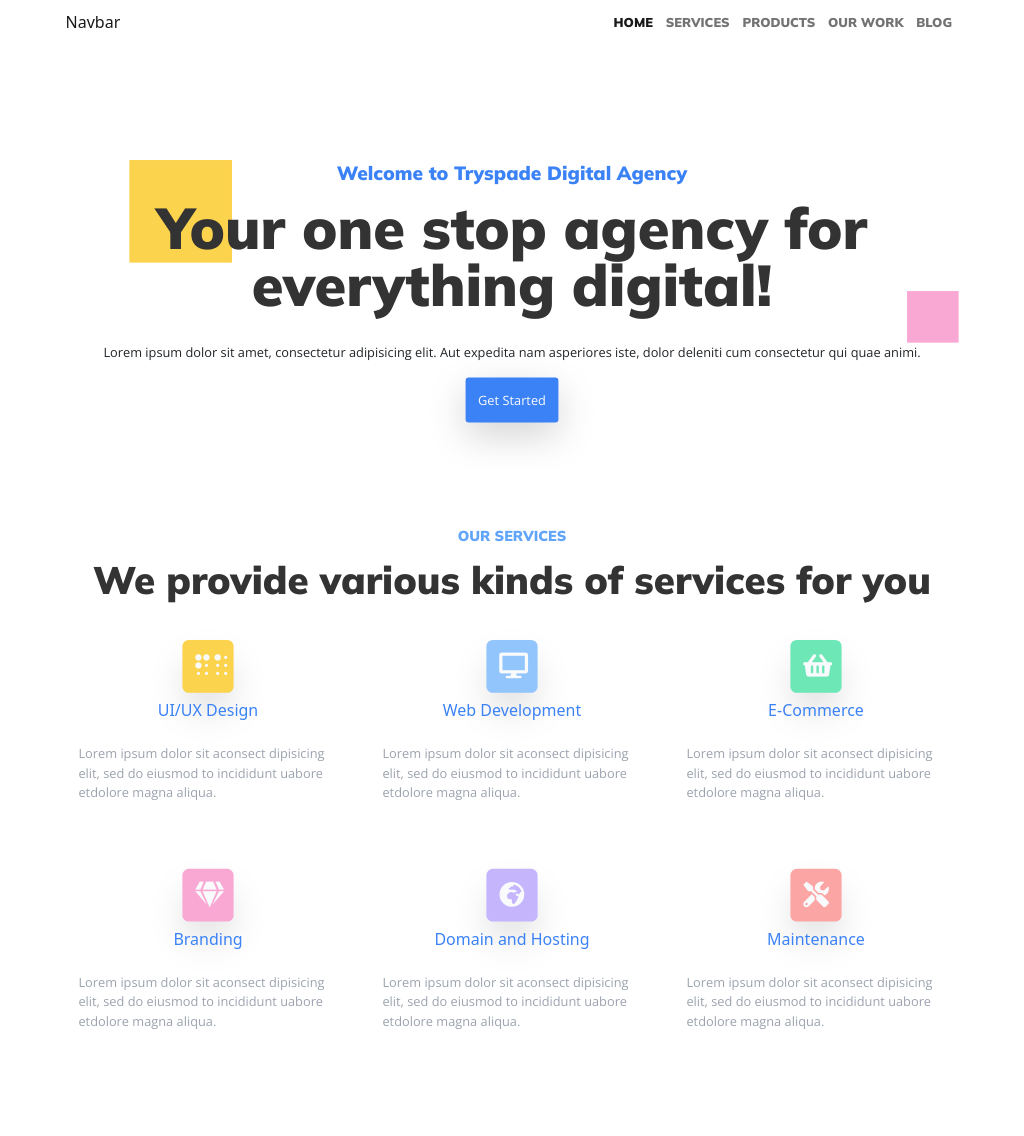
Repository: latenightsnacc/super-octo-fortnight
Page: index.html
These files come from the project's save history. The page is drawn as it stood at one moment and after the next save; the edit follows.
The browser window is 1280 px wide. The pictures show the whole page, at 80% of full size.
Some web libraries are served in a nearby version. The style sheet was rebuilt from its Sass, Less or Tailwind sources for each picture, by a compiler version that may differ from the author's.

Above is the page before, as saved 2021-01-29 13:56:24.

### index.html
<!DOCTYPE html>
<html lang="en">
<head>
    <meta charset="UTF-8">
    <meta name="viewport" content="width=device-width, initial-scale=1.0">
    <!--Tailwind 2.0.2-->
    <link href="https://cdnjs.cloudflare.com/ajax/libs/tailwindcss/2.0.2/tailwind.min.css" rel="stylesheet">
    <!--Font Awesome 5.15.1-->
    <link rel="stylesheet" href="https://cdnjs.cloudflare.com/ajax/libs/font-awesome/5.15.1/css/all.min.css" integrity="sha512-+4zCK9k+qNFUR5X+cKL9EIR+ZOhtIloNl9GIKS57V1MyNsYpYcUrUeQc9vNfzsWfV28IaLL3i96P9sdNyeRssA==" crossorigin="anonymous" />
    <!-- Bootstrap 5.0.0 Beta-->
    <link href="https://cdn.jsdelivr.net/npm/bootstrap@5.0.0-beta1/dist/css/bootstrap.min.css" rel="stylesheet" integrity="sha384-giJF6kkoqNQ00vy+HMDP7azOuL0xtbfIcaT9wjKHr8RbDVddVHyTfAAsrekwKmP1" crossorigin="anonymous" />
    <!-- UIkit CSS -->
    <link rel="stylesheet" href="https://cdn.jsdelivr.net/npm/uikit@3.6.9/dist/css/uikit.min.css" />
    <link rel="apple-touch-icon" sizes="180x180" href="/apple-touch-icon.png">
    <link rel="icon" type="image/png" sizes="32x32" href="/favicon-32x32.png">
    <link rel="icon" type="image/png" sizes="16x16" href="/favicon-16x16.png">
    <link rel="manifest" href="/site.webmanifest">
    <!--Custom Stylesheet-->
    <link rel="stylesheet" href="stylesheet/stylesheet.css">
    <title>TrySpade - Digital Agency</title>
</head>
<body class="overflow-x-hidden min-h-screen" >
    <main class="w-full mx-auto">
        <header>
            <nav class="navbar navbar-expand-lg navbar-light bg-transparent fixed-top">
                <div class="container">
                  <a class="navbar-brand" href="#">Navbar</a>
                  <button class="navbar-toggler" type="button" data-bs-toggle="collapse" data-bs-target="#navbarSupportedContent" aria-controls="navbarSupportedContent" aria-expanded="false" aria-label="Toggle navigation">
                    <span class="navbar-toggler-icon"></span>
                  </button>
                  <div class="collapse navbar-collapse" id="navbarSupportedContent">
                    <ul class="navbar-nav ml-auto mb-2 mb-lg-0">
                        <li class="nav-item">
                            <a class="nav-link active text-base uppercase" aria-current="page" href="#">Home</a>
                        </li>
                        <li class="nav-item">
                            <a class="nav-link text-base uppercase" href="#">services</a>
                        </li>
                        <li class="nav-item">
                            <a class="nav-link text-base uppercase" href="#">products</a>
                        </li>
                        <li class="nav-item">
                            <a class="nav-link text-base uppercase" href="#">our work</a>
                        </li>
                        <li class="nav-item">
                            <a class="nav-link text-base uppercase" href="#">blog</a>
                        </li>

                    </ul>
                  </div>
                </div>
            </nav>
        </header>
        <!--Banner-->
        <section id="banner" class="w-full h-80 my-24 py-10 md:my-40">
            <div class="container">
                <div class="relative flex flex-col items-center h-auto">
                    <div class="z-10 text-blue-500 text-2xl text-center title">Welcome to Tryspade Digital Agency</div>
                    <h1 class="z-10 text-center my-3 leading-10 text-4xl md:text-7xl">Your one stop agency for everything digital!</h1>
                    <p class="z-10 text-center">Lorem ipsum dolor sit amet, consectetur adipisicing elit. Aut expedita nam asperiores iste, dolor deleniti cum consectetur qui quae animi.</p>
                    <!--BOXES-->
                    <div class=" absolute top-0 left-20">
                        <div class="z-0 border-2 border-yellow-300 bg-yellow-300 w-32 h-32"></div>
                    </div>

                    <div class="absolute top-50 right-0">
                        <div class="z-0 border-2 border-pink-300 bg-pink-300 w-16 h-16"></div>
                    </div>
                    <div class="flex justify-center">
                        <button class="bg-blue-500 p-3 font-lg text-gray-50 shadow-lg rounded focus:outline-none hover:bg-blue-700">Get Started</button>
                    </div>
                </div>
            </div>
        </section>
        <!--SERVICES-->
        <section id="services" class="my-20">
            <div class="container">
                <div class="section-title text-center py-3">
                    <p class="text-blue-400 text-sm uppercase text-lg uppercase mb-3 title">our services</p>
                    <h2 class=" my-1 font-bold text-4xl md:text-5xl">We provide various kinds of services for you</h2>
                </div>
                <div class="row flex justify-center" uk-scrollspy="cls: uk-animation-fade; target: .icon; delay: 500; repeat: true">
                    <div class="col-xs-12 col-sm-12 col-md-4 col-lg-4 col-xl-4">
                        <a class="no-underline hover:no-underline" href="ui-ux.html">
                            <div class="group max-w-sm mx-auto  rounded-xl p-3 m-3  hover:shadow-2xl" >
                                <div class="text-center text-gray-50 flex justify-center">
                                    <div class="shadow-2xl  rounded-lg  w-16 icon p-3 bg-yellow-300 group-hover:shadow-none" uk-scrollspy="cls: uk-animation-fade; repeat: true">
                                        <i class="fas fa-braille fa-2x"></i>
                                    </div>
                                </div>
                                <div class="text-center text-xl bold  py-2 text-blue-500 ">UI/UX Design</div>

                                <p class="text-md text-gray-400 ">Lorem ipsum dolor sit aconsect dipisicing elit, sed do eiusmod to incididunt uabore etdolore magna aliqua.</p>
                            </div>
                        </a>
                    </div>
                    <div class="col-xs-12 col-sm-12 col-md-4 col-lg-4 col-xl-4">
                        <a class="no-underline hover:no-underline" href="web-development.html">
                            <div class="group max-w-sm mx-auto  rounded-xl p-3 m-3  hover:shadow-2xl">
                                <div class="text-center text-gray-50 flex justify-center">
                                    <div class="shadow-2xl rounded-lg  w-16 icon p-3 bg-blue-300 group-hover:shadow-none">
                                        <i class="fas fa-desktop fa-2x"></i>
                                    </div>
                                </div>
                                <div class="text-center text-xl bold  py-2 text-blue-500 ">Web Development</div>

                                <p class="text-md text-gray-400 ">Lorem ipsum dolor sit aconsect dipisicing elit, sed do eiusmod to incididunt uabore etdolore magna aliqua.</p>
                            </div>
                        </a>
                    </div>
                    <div class="col-xs-12 col-sm-12 col-md-4 col-lg-4 col-xl-4">
                        <a class="no-underline hover:no-underline" href="e-commerce.html">
                            <div class="group max-w-sm mx-auto  rounded-xl p-3 m-3  hover:shadow-2xl">
                                <div class="text-center text-gray-50 flex justify-center">
                                    <div class="shadow-2xl rounded-lg  w-16 icon p-3 bg-green-300 group-hover:shadow-none">
                                        <i class="fas fa-shopping-basket fa-2x"></i>
                                    </div>
                                </div>
                                <div class="text-center text-xl bold  py-2 text-blue-500 ">E-Commerce</div>

                                <p class="text-md text-gray-400 ">Lorem ipsum dolor sit aconsect dipisicing elit, sed do eiusmod to incididunt uabore etdolore magna aliqua.</p>
                            </div>
                        </a>
                    </div>
                    <div class="col-xs-12 col-sm-12 col-md-4 col-lg-4 col-xl-4">
                        <a class="no-underline hover:no-underline" href="branding.html">
                            <div class="group max-w-sm mx-auto  rounded-xl p-3 m-3  hover:shadow-2xl">
                                <div class="text-center text-gray-50 flex justify-center">
                                    <div class="shadow-2xl rounded-lg  w-16 icon p-3 bg-pink-300 group-hover:shadow-none">
                                        <i class="fas fa-gem fa-2x"></i>
                                    </div>
                                </div>
                                <div class="text-center text-xl bold  py-2 text-blue-500 ">Branding</div>

                                <p class="text-md text-gray-400 ">Lorem ipsum dolor sit aconsect dipisicing elit, sed do eiusmod to incididunt uabore etdolore magna aliqua.</p>
                            </div>
                        </a>
                    </div>
                    <div class="col-xs-12 col-sm-12 col-md-4 col-lg-4 col-xl-4">
                        <a class="no-underline hover:no-underline" href="domain-hosting.html">
                            <div class="group max-w-sm mx-auto  rounded-xl p-3 m-3  hover:shadow-2xl">
                                <div class="text-center text-gray-50 flex justify-center">
                                    <div class="shadow-2xl rounded-lg  w-16 icon p-3 bg-purple-300 group-hover:shadow-none">
                                        <i class="fas fa-globe-africa fa-2x"></i>
                                    </div>
                                </div>
                                <div class="text-center text-xl bold  py-2 text-blue-500 ">Domain and Hosting</div>

                                <p class="text-md text-gray-400 ">Lorem ipsum dolor sit aconsect dipisicing elit, sed do eiusmod to incididunt uabore etdolore magna aliqua.</p>
                            </div>
                        </a>
                    </div>
                    <div class="col-xs-12 col-sm-12 col-md-4 col-lg-4 col-xl-4">
                        <a class="no-underline hover:no-underline" href="maintenance.html">
                            <div class="group max-w-sm mx-auto  rounded-xl p-3 m-3  hover:shadow-2xl">
                                <div class="text-center text-gray-50 flex justify-center">
                                    <div class="shadow-2xl rounded-lg  w-16 icon p-3 bg-red-300 group-hover:shadow-none">
                                        <i class="fas fa-tools fa-2x"></i>
                                    </div>
                                </div>
                                <div class="text-center text-xl bold  py-2 text-blue-500 ">Maintenance</div>

                                <p class="text-md text-gray-400 ">Lorem ipsum dolor sit aconsect dipisicing elit, sed do eiusmod to incididunt uabore etdolore magna aliqua.</p>
                            </div>
                        </a>
                    </div>
                </div>
            </div>
        </section>
        <!-- <svg xmlns="http://www.w3.org/2000/svg" viewBox="0 0 1440 320"><path fill="#0099ff" fill-opacity="1" d="M0,320L48,282.7C96,245,192,171,288,122.7C384,75,480,53,576,69.3C672,85,768,139,864,170.7C960,203,1056,213,1152,208C1248,203,1344,181,1392,170.7L1440,160L1440,0L1392,0C1344,0,1248,0,1152,0C1056,0,960,0,864,0C768,0,672,0,576,0C480,0,384,0,288,0C192,0,96,0,48,0L0,0Z"></path></svg> -->
        <!-- <svg xmlns="http://www.w3.org/2000/svg" viewBox="0 0 1440 320"><path fill="#0099ff" fill-opacity="1" d="M0,64L48,96C96,128,192,192,288,213.3C384,235,480,213,576,170.7C672,128,768,64,864,42.7C960,21,1056,43,1152,64C1248,85,1344,107,1392,117.3L1440,128L1440,0L1392,0C1344,0,1248,0,1152,0C1056,0,960,0,864,0C768,0,672,0,576,0C480,0,384,0,288,0C192,0,96,0,48,0L0,0Z"></path></svg> -->
    </main>
    <!-- UIkit JS -->
    <script src="https://cdn.jsdelivr.net/npm/uikit@3.6.9/dist/js/uikit.min.js"></script>
    <script src="https://cdn.jsdelivr.net/npm/uikit@3.6.9/dist/js/uikit-icons.min.js"></script>
    <script src="https://cdn.jsdelivr.net/npm/bootstrap@5.0.0-beta1/dist/js/bootstrap.bundle.min.js" integrity="sha384-ygbV9kiqUc6oa4msXn9868pTtWMgiQaeYH7/t7LECLbyPA2x65Kgf80OJFdroafW" crossorigin="anonymous"></script>
    <!-- Start of HubSpot Embed Code -->
  <script type="text/javascript" id="hs-script-loader" async defer src="//js.hs-scripts.com/9284931.js"></script>
  <!-- End of HubSpot Embed Code -->
</body>
</html>

### Stylesheet/stylesheet.scss
@import 'variables';
@import 'bg';

h1, h2, h3, h4, h5, h6, .nav-link, button, .title {
    font-family: $fontBold;
}
p, button {
    font-family: $fontRegular;
}

### Stylesheet/_variables.scss
@import url('https://fonts.googleapis.com/css2?family=Mulish:wght@900&family=Open+Sans&display=swap');

$fontBold: 'Mulish', sans-serif;
$fontRegular:'Open Sans', sans-serif;
$white: white;

### Stylesheet/bg.scss
.background {
    background-color: white;
    position: relative;
    min-height: 100vh;
    min-width:100vw;
    overflow-x: hidden;

  .wrapper{
    z-index: 1;
  }


  .cube {
    position: absolute;
    top: 80vh;
    left: 45vw;
    width: 10px;
    height: 10px;
    border: solid 1px darken(lightgrey, 10%);
    transform-origin: top left;
    transform: scale(0) rotate(0deg) translate(-50%, -50%);
    animation: cube 12s ease-in forwards infinite;

    &:nth-child(2n) {
      border-color: lighten(lightgrey, 10%);
    }

    &:nth-child(2) {
      animation-delay: 2s;
      left: 25vw;
      top: 40vh;
    }

    &:nth-child(3) {
      animation-delay: 4s;
      left: 75vw;
      top: 50vh;
    }

    &:nth-child(4) {
      animation-delay: 6s;
      left: 90vw;
      top: 10vh;
    }

    &:nth-child(5) {
      animation-delay: 8s;
      left: 10vw;
      top: 85vh;
    }

    &:nth-child(6) {
      animation-delay: 10s;
      left: 50vw;
      top: 10vh;
    }


}

@keyframes cube {
        from {
        transform: scale(0) rotate(0deg) translate(-50%, -50%);
        opacity: 1;
        }
        to {
        transform: scale(20) rotate(960deg) translate(-50%, -50%);
        opacity: 0;
        }
    }
}

After the next save:
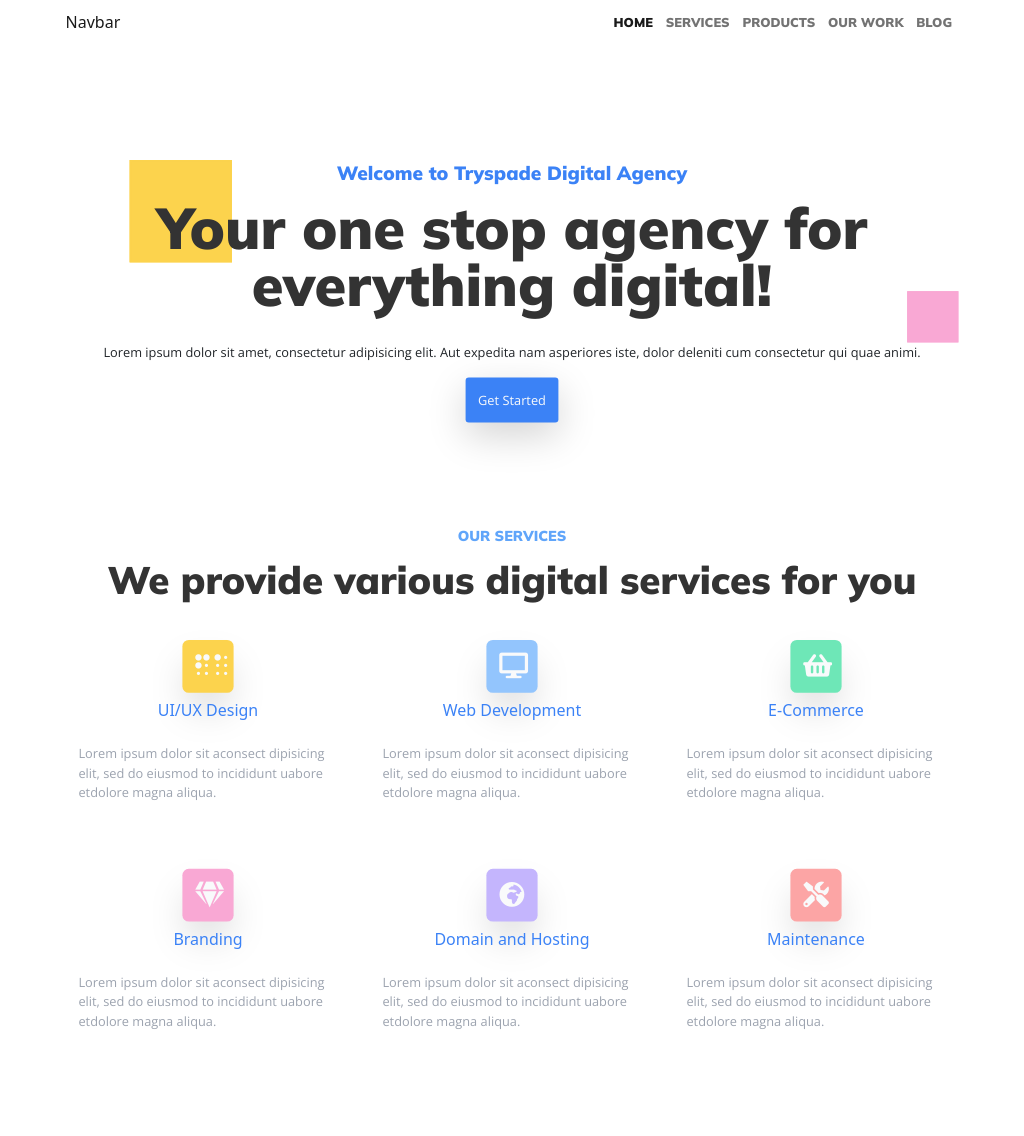
Saved 58 s later.
--- a/index.html
+++ b/index.html
@@ -77,7 +77,7 @@
             <div class="container">
                 <div class="section-title text-center py-3">
                     <p class="text-blue-400 text-sm uppercase text-lg uppercase mb-3 title">our services</p>
-                    <h2 class=" my-1 font-bold text-4xl md:text-5xl">We provide various kinds of services for you</h2>
+                    <h2 class=" my-1 font-bold text-4xl md:text-5xl">We provide various digital services for you</h2>
                 </div>
                 <div class="row flex justify-center" uk-scrollspy="cls: uk-animation-fade; target: .icon; delay: 500; repeat: true">
                     <div class="col-xs-12 col-sm-12 col-md-4 col-lg-4 col-xl-4">
